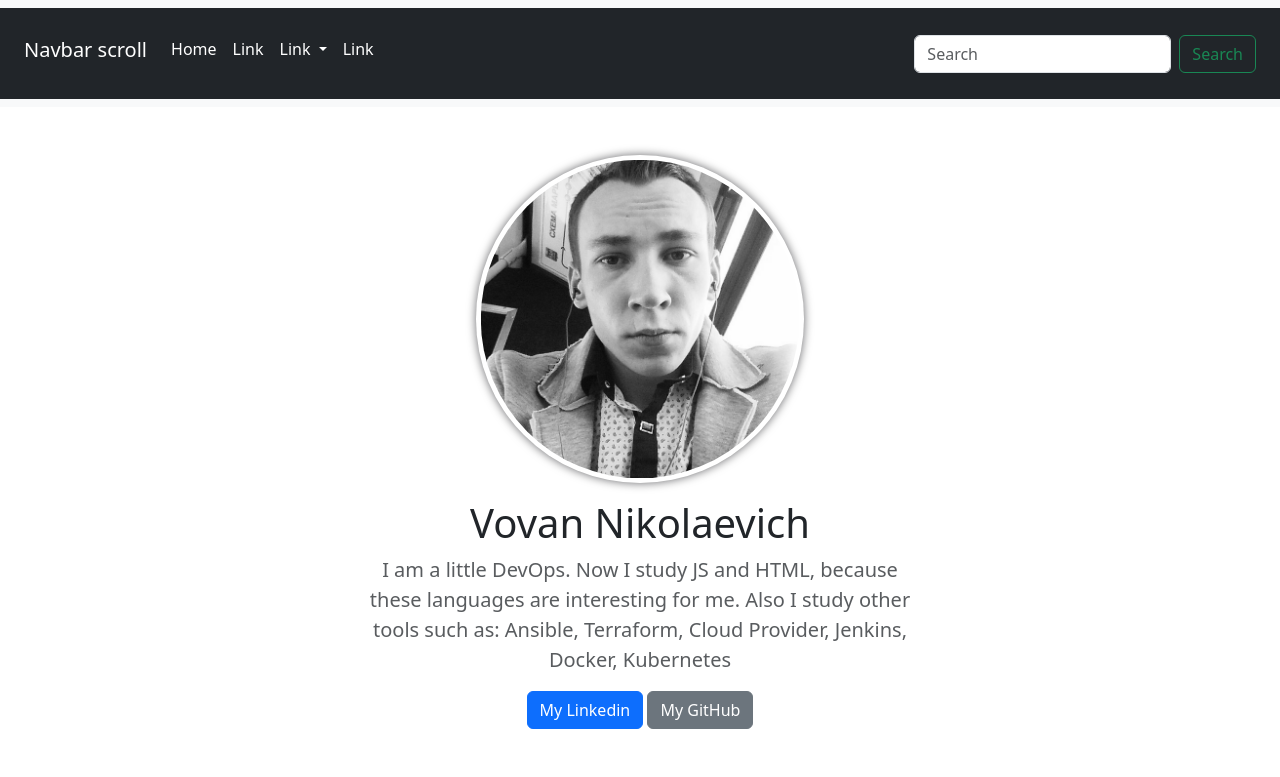
Repository: vovanbl411/mini-web-site
Page: index.html
The author's editor kept a copy of each file at every save. The page is drawn from the files as they stood at one save, then again after the next save.
The browser window is 1280 px wide. The pictures show the whole page.

Above is the page before, as saved 2023-01-22 00:19:14.

### index.html
<!DOCTYPE html>
<html lang="en">
  <head>
    <meta charset="UTF-8" />
    <meta name="viewport" content="width=device-width, initial-scale=1.0" />
    <title>My page</title>
    <link
      href="https://cdn.jsdelivr.net/npm/bootstrap@5.3.0-alpha1/dist/css/bootstrap.min.css"
      rel="stylesheet"
      integrity="sha384-GLhlTQ8iRABdZLl6O3oVMWSktQOp6b7In1Zl3/Jr59b6EGGoI1aFkw7cmDA6j6gD"
      crossorigin="anonymous"
    />
    <style>
      .rounded-img {
        width: 60%;
        border-radius: 50%;
        box-shadow: 0 0 10px rgba(0, 0, 7, 0.6);
        padding: 0.3em;
        margin-bottom: 1em;
      }
    </style>
  </head>
  <body>
    <nav class="navbar navbar-expand-lg bg-body-tertiary">
      <div class="container-fluid bg-dark p-4">
        <a class="navbar-brand text-white h4" href="#">Navbar scroll</a>
        <button
          class="navbar-toggler"
          type="button"
          data-bs-toggle="collapse"
          data-bs-target="#navbarScroll"
          aria-controls="navbarScroll"
          aria-expanded="false"
          aria-label="Toggle navigation"
        >
          <span class="navbar-toggler-icon"></span>
        </button>
        <div class="collapse navbar-collapse" id="navbarScroll">
          <ul
            class="navbar-nav me-auto my-2 my-lg-0 navbar-nav-scroll"
            style="--bs-scroll-height: 100px"
          >
            <li class="nav-item">
              <a
                class="nav-link active text-white h4"
                aria-current="page"
                href="#"
                >Home</a
              >
            </li>
            <li class="nav-item">
              <a class="nav-link text-white h4" href="#">Link</a>
            </li>
            <li class="nav-item dropdown">
              <a
                class="nav-link dropdown-toggle text-white h4"
                href="#"
                role="button"
                data-bs-toggle="dropdown"
                aria-expanded="false"
              >
                Link
              </a>
              <ul class="dropdown-menu">
                <li>
                  <a class="dropdown-item text-white h4" href="#">Action</a>
                </li>
                <li>
                  <a class="dropdown-item text-white h4" href="#"
                    >Another action</a
                  >
                </li>
                <li><hr class="dropdown-divider text-white h4" /></li>
                <li>
                  <a class="dropdown-item text-white h4" href="#"
                    >Something else here</a
                  >
                </li>
              </ul>
            </li>
            <li class="nav-item">
              <a class="nav-link disabled text-white h4">Link</a>
            </li>
          </ul>
          <form class="d-flex" role="search">
            <input
              class="form-control me-2"
              type="search"
              placeholder="Search"
              aria-label="Search"
            />
            <button class="btn btn-outline-success" type="submit">
              Search
            </button>
          </form>
        </div>
      </div>
    </nav>
    <div class="container text-center my-5">
      <div class="row">
        <div class="col-lg-6 col-md-8 mx-auto">
          <img
            class="rounded-img"
            src="Screenshot.png"
            alt="Vovan Nikolaevich"
          />
          <h1 class="fw-light">Vovan Nikolaevich</h1>
          <p class="lead text-muted">
            I am a little DevOps. Now I study JS and HTML, because these
            languages are interesting for me. Also I study other tools such as:
            Ansible, Terraform, Cloud Provider, Jenkins, Docker, Kubernetes
          </p>
          <a
            href="https://www.linkedin.com/in/vovan-nikolaevich/"
            target="_blank"
            class="btn btn-primary"
          >
            My Linkedin
          </a>
          <a
            href="https://github.com/vovanbl411"
            target="_blank"
            class="btn btn-secondary"
          >
            My GitHub
          </a>
        </div>
      </div>
    </div>
  </body>
</html>

After the next save:
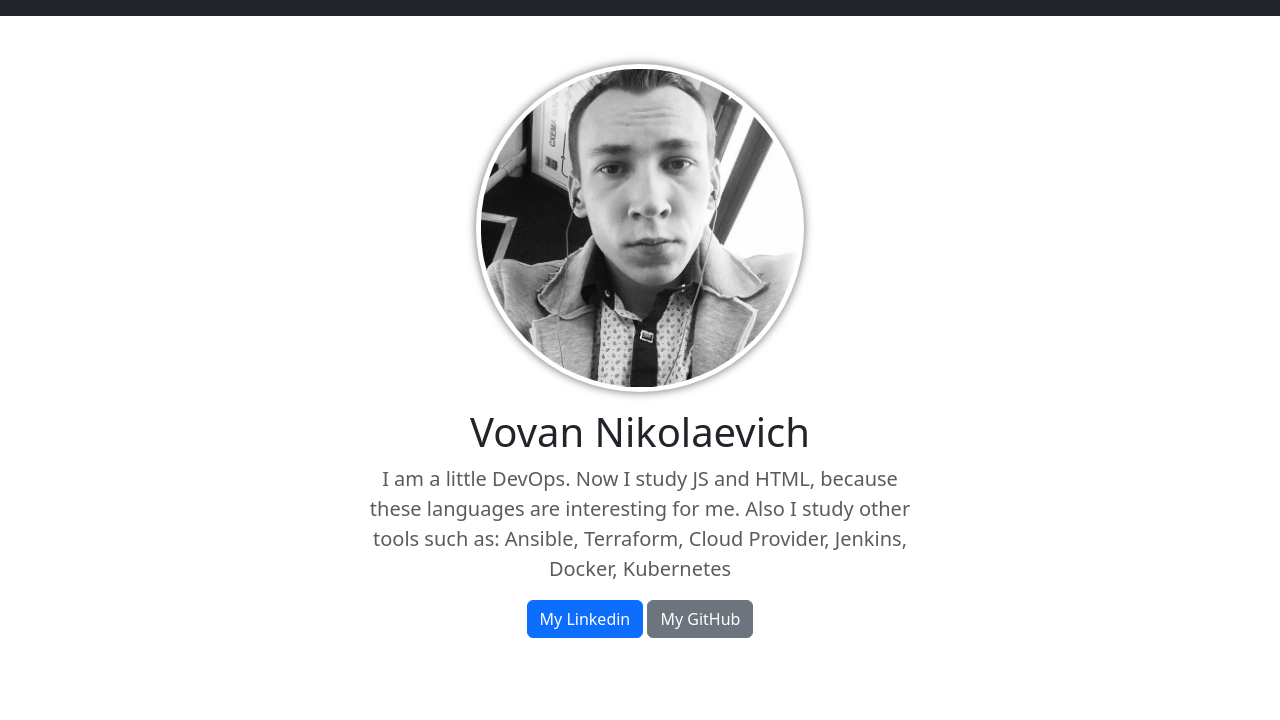
Saved 2 min 42 s later.
--- a/index.html
+++ b/index.html
@@ -21,80 +21,8 @@
     </style>
   </head>
   <body>
-    <nav class="navbar navbar-expand-lg bg-body-tertiary">
-      <div class="container-fluid bg-dark p-4">
-        <a class="navbar-brand text-white h4" href="#">Navbar scroll</a>
-        <button
-          class="navbar-toggler"
-          type="button"
-          data-bs-toggle="collapse"
-          data-bs-target="#navbarScroll"
-          aria-controls="navbarScroll"
-          aria-expanded="false"
-          aria-label="Toggle navigation"
-        >
-          <span class="navbar-toggler-icon"></span>
-        </button>
-        <div class="collapse navbar-collapse" id="navbarScroll">
-          <ul
-            class="navbar-nav me-auto my-2 my-lg-0 navbar-nav-scroll"
-            style="--bs-scroll-height: 100px"
-          >
-            <li class="nav-item">
-              <a
-                class="nav-link active text-white h4"
-                aria-current="page"
-                href="#"
-                >Home</a
-              >
-            </li>
-            <li class="nav-item">
-              <a class="nav-link text-white h4" href="#">Link</a>
-            </li>
-            <li class="nav-item dropdown">
-              <a
-                class="nav-link dropdown-toggle text-white h4"
-                href="#"
-                role="button"
-                data-bs-toggle="dropdown"
-                aria-expanded="false"
-              >
-                Link
-              </a>
-              <ul class="dropdown-menu">
-                <li>
-                  <a class="dropdown-item text-white h4" href="#">Action</a>
-                </li>
-                <li>
-                  <a class="dropdown-item text-white h4" href="#"
-                    >Another action</a
-                  >
-                </li>
-                <li><hr class="dropdown-divider text-white h4" /></li>
-                <li>
-                  <a class="dropdown-item text-white h4" href="#"
-                    >Something else here</a
-                  >
-                </li>
-              </ul>
-            </li>
-            <li class="nav-item">
-              <a class="nav-link disabled text-white h4">Link</a>
-            </li>
-          </ul>
-          <form class="d-flex" role="search">
-            <input
-              class="form-control me-2"
-              type="search"
-              placeholder="Search"
-              aria-label="Search"
-            />
-            <button class="btn btn-outline-success" type="submit">
-              Search
-            </button>
-          </form>
-        </div>
-      </div>
+    <nav class="navbar bg-dark" data-bs-theme="dark">
+      <!-- Navbar content -->
     </nav>
     <div class="container text-center my-5">
       <div class="row">
